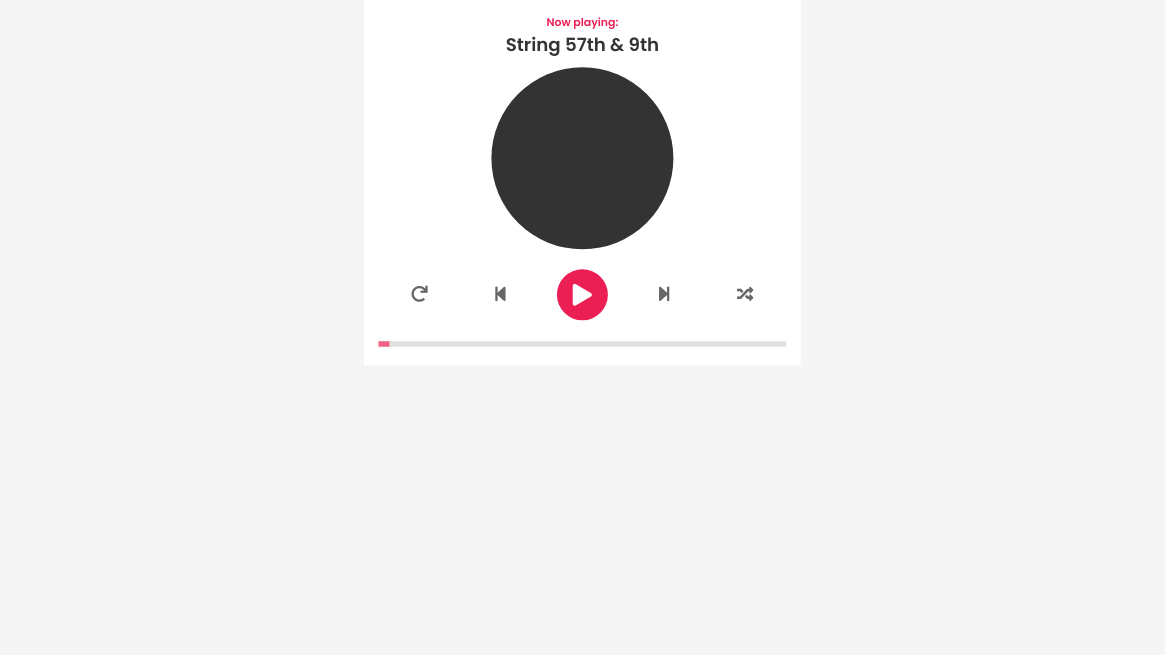
Repository: esplen74/Music
Page: music.html
An editor plug-in stored every save of this project. The page is shown before and after a run of saves, followed by the edit.
The browser window is 1280 px wide. The pictures show the whole page, at 91% of full size.
Pictures or frames that could not be fetched are drawn as grey boxes.

Above is the page before, as saved 2021-11-02 10:29:02.
Console error: TypeError: Cannot read properties of undefined (reading 'style')

### music.html
<!DOCTYPE html>
<html lang="en">
  <head>
    <meta charset="UTF-8" />
    <meta http-equiv="X-UA-Compatible" content="IE=edge" />
    <meta name="viewport" content="width=device-width, initial-scale=1.0" />
    <title>music</title>
    <link rel="stylesheet" href="music.css" />
  </head>
  <body>
    <meta name="viewport" content="width=device-width, initial-scale=1.0" />
    <title>Music player</title>
    <link
      rel="stylesheet"
      href="https://cdnjs.cloudflare.com/ajax/libs/font-awesome/5.15.2/css/all.min.css"
      integrity="sha512-HK5fgLBL+xu6dm/Ii3z4xhlSUyZgTT9tuc/hSrtw6uzJOvgRr2a9jyxxT1ely+B+xFAmJKVSTbpM/CuL7qxO8w=="
      crossorigin="anonymous"
    />
    <link rel="preconnect" href="https://fonts.gstatic.com" />
    <link
      href="https://fonts.googleapis.com/css2?family=Poppins:wght@300;400;600&display=swap"
      rel="stylesheet"
    />

    <div class="player">
      <!-- Dashboard -->
      <div class="dashboard">
        <!-- Header -->
        <header>
          <h4>Now playing:</h4>
          <h2>String 57th & 9th</h2>
        </header>

        <!-- CD -->
        <div class="cd">
          <div class="cd-thumb"></div>
        </div>

        <!-- Control -->
        <div class="control">
          <div class="btn btn-repeat">
            <i class="fas fa-redo"></i>
          </div>
          <div class="btn btn-prev">
            <i class="fas fa-step-backward"></i>
          </div>
          <div class="btn btn-toggle-play">
            <i class="fas fa-pause icon-pause"></i>
            <i class="fas fa-play icon-play"></i>
          </div>
          <div class="btn btn-next">
            <i class="fas fa-step-forward"></i>
          </div>
          <div class="btn btn-random">
            <i class="fas fa-random"></i>
          </div>
        </div>

        <input
          id="progress"
          class="progress"
          type="range"
          value="0"
          step="1"
          min="0"
          max="100"
        />

        <audio id="audio" src=""></audio>
      </div>

      <!-- Playlist -->
      <div class="playlist"></div>
    </div>


    <!-- Design from: https://static.collectui.com/shots/3671744/musicloud-revolutionary-app-for-music-streaming-large -->

    <script src="music.js"></script>
  </body>
</html>

### music.css
:root {
  --primary-color: #ec1f55;
  --text-color: #333;
}

* {
  padding: 0;
  margin: 0;
  box-sizing: inherit;
}

body {
  background-color: #f5f5f5;
}

html {
  box-sizing: border-box;
  font-family: "Poppins", sans-serif;
}

.player {
  position: relative;
  max-width: 480px;
  margin: 0 auto;
}

.player .icon-pause {
  display: none;
}

.player.playing .icon-pause {
  display: inline-block;
}

.player.playing .icon-play {
  display: none;
}

.dashboard {
  padding: 16px 16px 14px;
  background-color: #fff;
  position: fixed;
  top: 0;
  width: 100%;
  max-width: 480px;
  border-bottom: 1px solid #ebebeb;
}

/* HEADER */
header {
  text-align: center;
  margin-bottom: 10px;
}

header h4 {
  color: var(--primary-color);
  font-size: 12px;
}

header h2 {
  color: var(--text-color);
  font-size: 20px;
}

/* CD */
.cd {
  display: flex;
  margin: auto;
  width: 200px;
}

.cd-thumb {
  width: 100%;
  padding-top: 100%;
  border-radius: 50%;
  background-color: #333;
  background-size: cover;
  margin: auto;
}

/* CONTROL */
.control {
  display: flex;
  align-items: center;
  justify-content: space-around;
  padding: 18px 0 8px 0;
}

.control .btn {
  color: #666;
  padding: 18px;
  font-size: 18px;
}

.control .btn.active {
  color: var(--primary-color);
}

.control .btn-toggle-play {
  width: 56px;
  height: 56px;
  border-radius: 50%;
  font-size: 24px;
  color: #fff;
  display: flex;
  align-items: center;
  justify-content: center;
  background-color: var(--primary-color);
}

.progress {
  width: 100%;
  -webkit-appearance: none;
  height: 6px;
  background: #d3d3d3;
  outline: none;
  opacity: 0.7;
  -webkit-transition: 0.2s;
  transition: opacity 0.2s;
}

.progress::-webkit-slider-thumb {
  -webkit-appearance: none;
  appearance: none;
  width: 12px;
  height: 6px;
  background-color: var(--primary-color);
  cursor: pointer;
}

/* PLAYLIST */
.playlist {
  margin-top: 408px;
  padding: 12px;
}

.song {
  display: flex;
  align-items: center;
  margin-bottom: 12px;
  background-color: #fff;
  padding: 8px 16px;
  border-radius: 5px;
  box-shadow: 0 2px 3px rgba(0, 0, 0, 0.1);
}

.song.active {
  background-color: var(--primary-color);
}

.song:active {
  opacity: 0.8;
}

.song.active .option,
.song.active .author,
.song.active .title {
  color: #fff;
}

.song .thumb {
  width: 44px;
  height: 44px;
  border-radius: 50%;
  background-size: cover;
  margin: 0 8px;
}

.song .body {
  flex: 1;
  padding: 0 16px;
}

.song .title {
  font-size: 18px;
  color: var(--text-color);
}

.song .author {
  font-size: 12px;
  color: #999;
}

.song .option {
  padding: 16px 8px;
  color: #999;
  font-size: 18px;
}

### music.js
// 1. Render songs
// 2. Scroll top
// 3. play/ pause
// 4. Cd rotate
// 5.Next / Prev
// 6. Random
// 7. Next / repeat when enabe
// 8. Active song
// 9. Scroll active song into view
// 10. Play song when click

const $ = document.querySelector.bind(document);
const $$ = document.querySelectorAll.bind(document);
const cd = $(".cd");

const playlist = $(".playlist");

const app = {
  currentIndex: 0,
  songs: [
    {
      name: "Cưới Đi",
      singer: "2T, ChangC",
      path: "./music/song1.mp3",
      image:
        "https://avatar-ex-swe.nixcdn.com/song/2020/08/27/8/e/c/f/1598516178659_500.jpg",
    },
    {
      name: "Sài Gòn Đau Lòng Quá",
      singer: " Hứa Kim Tuyền",
      path: "./music/song2.mp3",
      image:
        "https://avatar-ex-swe.nixcdn.com/song/2021/03/27/d/2/9/1/1616859493571_500.jpg",
    },
    {
      name: "Một Mình Có Buồn Không",
      singer: "Thiều Bảo Trâm, Lou Hoàng",
      path: "./music/song3.mp3",
      image:
        "https://avatar-ex-swe.nixcdn.com/song/2020/10/19/f/5/8/c/1603078556165_500.jpg",
    },
    {
      name: "Lỡ Say Bye Là Bye",
      singer: "Lemese, Changg",
      path: "./music/song4.mp3",
      image:
        "https://avatar-ex-swe.nixcdn.com/song/2021/01/21/5/c/9/9/1611199600529_500.jpg",
    },
    {
      name: "Hương",
      singer: "Văn Mai Hương, Negav",
      path: "./music/song5.mp3",
      image:
        "https://avatar-ex-swe.nixcdn.com/song/2021/01/22/9/f/2/1/1611280898757_500.jpg",
    },
    {
      name: "Damn",
      singer: "Raftaar x kr$na",
      path: "./music/song6.mp3",
      image:
        "https://scontent.fdad4-1.fna.fbcdn.net/v/t1.6435-9/219394223_1466851590333701_3606370075101924204_n.jpg?_nc_cat=104&ccb=1-5&_nc_sid=09cbfe&_nc_ohc=CoR4g8AuzJUAX_UiqJh&_nc_ht=scontent.fdad4-1.fna&oh=9598a236af99117130ccc35f10837aea&oe=61A56E8B",
    },
    {
      name: "Cưới Thôi",
      singer: " Masew, Masiu, B Ray, V.A",
      path: "./music/song7.mp3",
      image:
        "https://avatar-ex-swe.nixcdn.com/song/2021/09/09/f/c/f/d/1631181753902_500.jpg",
    },
    {
      name: "Dịu Dàng Là Ngày Em Đến",
      singer: " ERIK, NinjaZ",
      path: "./music/song8.mp3",
      image:
        "https://avatar-ex-swe.nixcdn.com/song/2021/08/30/2/1/a/e/1630307726211_500.jpg",
    },
  ],
  render: function () {
    const htmls = this.songs.map((song) => {
      return `
      <div class="song ">
          <div class="thumb"
              style="background-image: url('${song.image}')">
          </div>
          <div class="body">
              <h3 class="title">${song.name}</h3>
              <p class="author">${song.singer}</p>
          </div>
          <div class="option">
              <i class="fas fa-ellipsis-h"></i>
          </div>
      </div>
      `;
    });
    playlist.innerHTML = htmls.join("");
  },
  defineProperties: function () {
    Object.defineProperty(this, "currentSong", {
      get: function () {
        return this.songs[this.currentIndex];
      },
    });
  },
  handleEvents: function () {

    const cdWidth = cd.offsetWidth;
    document.onscroll = function () {
      const scrollTop = window.scrollY || document.documentElement.scrollTop;
      const newCdWidth = cdWidth - scrollTop;

      cd.style.width = newCdWidth > 0 ? newCdWidth + "px" : 0;
      cd.style.opacity = newCdWidth / cdWidth;
    };
  },
  loadCurrentSong : function() {
    const heading = $("header h2");
    const cdThumb = $(".cd-thumb");
    const audio = $("#audio");

    heading.textContent = this.
    cdThumb.style.backgroundImage = `${this.currentSong.image}`;

  },
  start: function () {
    //định nghĩa cho các thuộc tính cho object
    this.defineProperties();

    // lắng nghe / xử lí các sự kiện
    this.handleEvents();

    //tải thông tin bài hát
    this.loadCurrentSong();

    this.render();
  },
};
app.start();

After the next 3 saves:
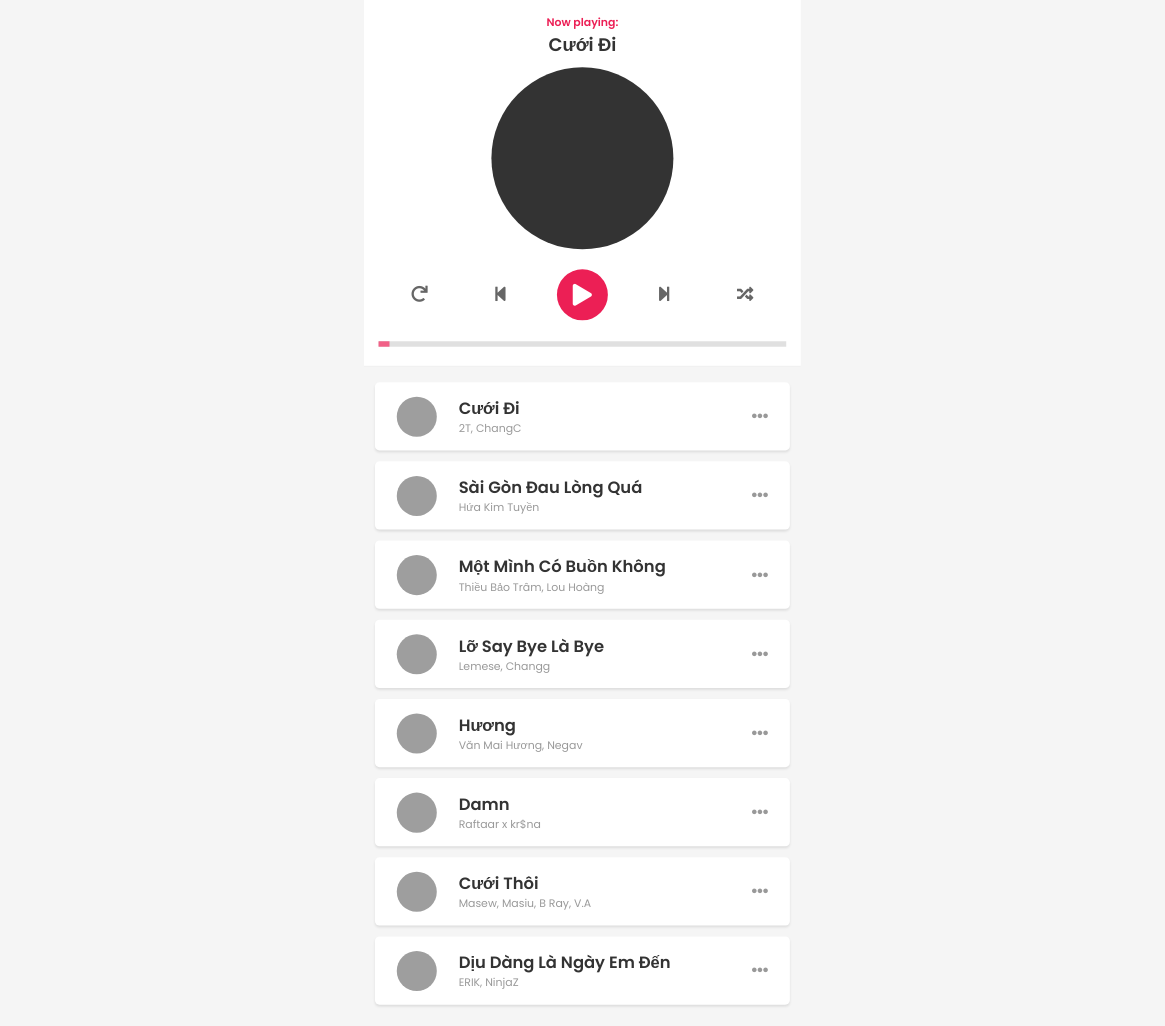
The error is gone.
The 3 saves are shown as one change because they came seconds apart.
The last was saved 9 s later.
--- a/music.js
+++ b/music.js
@@ -117,7 +117,7 @@ const app = {
     const cdThumb = $(".cd-thumb");
     const audio = $("#audio");
 
-    heading.textContent = this.
+    heading.textContent = this.currentSong.name;
     cdThumb.style.backgroundImage = `${this.currentSong.image}`;
 
   },
